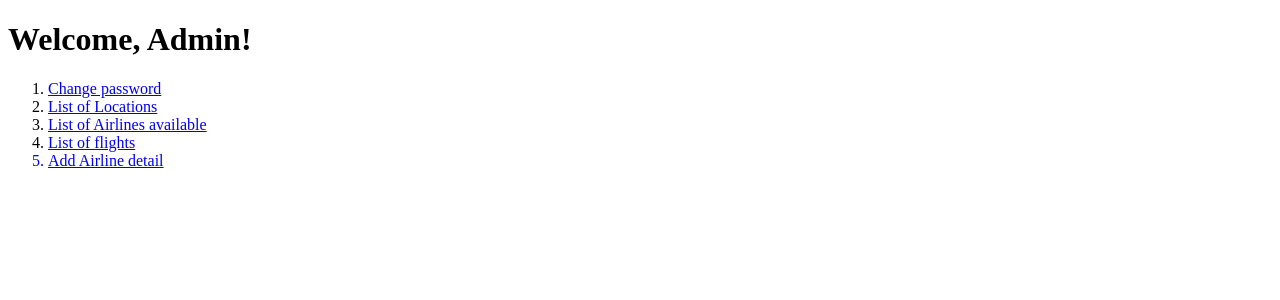
Repository: Pranathi99/FlyAway
Page: FlyAway/src/main/webapp/adminHome.html
An editor plug-in stored every save of this project. The page is shown before and after the next save, followed by the edit.
The browser window is 1280 px wide. The pictures show the whole page.

Above is the page before, as saved 2023-03-25 21:19:17.

After the next save:
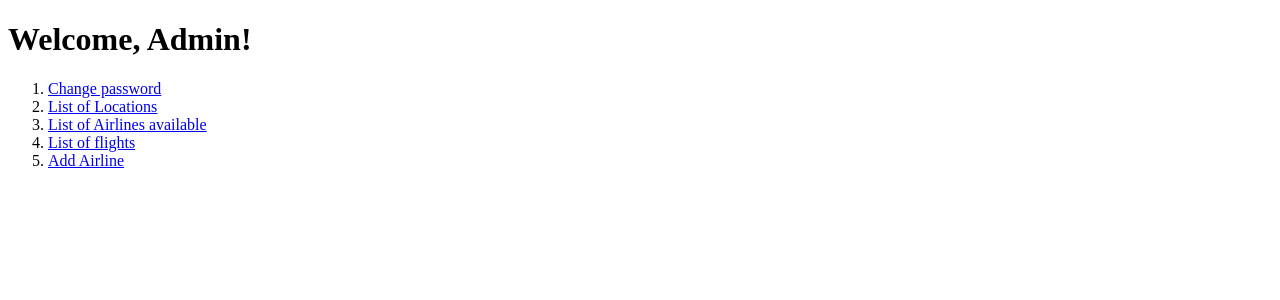
Saved 12 s later.
--- a/FlyAway/src/main/webapp/adminHome.html
+++ b/FlyAway/src/main/webapp/adminHome.html
@@ -11,7 +11,7 @@
 		<li><a href="getDetails?param=getLocList"/>List of Locations</li>
 		<li><a href="getDetails?param=getAirlinesList"/>List of Airlines available</li>
 		<li><a href="getDetails?param=getFlightsList"/>List of flights</li>
-		<li>Add Airline detail</li>
+		<li><a href="addAirline"/>Add Airline</li>
 	</ol>
 </body>
 </html>
